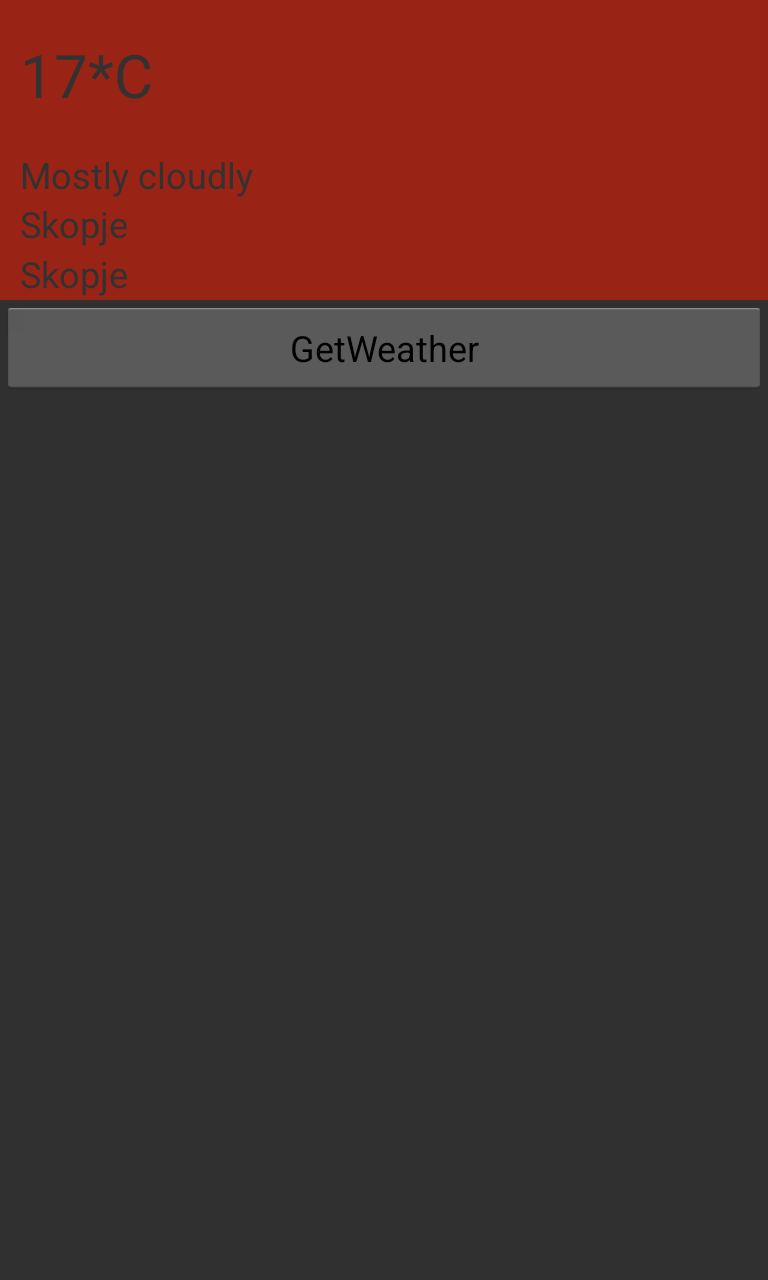
Repository: randhika/WeatherApp
Layout: WeatherApp/res/layout/home_fragment_layout.xml
These files come from the project's save history. The layout is drawn as it stood at one moment and after the next save; the edit follows.
It is drawn on a 768 x 1280 px phone screen (xhdpi) without system bars, with theme AppTheme; the app's code is not run.

Above is the layout before, as saved 2014-04-27 10:41:56.

After the next save:
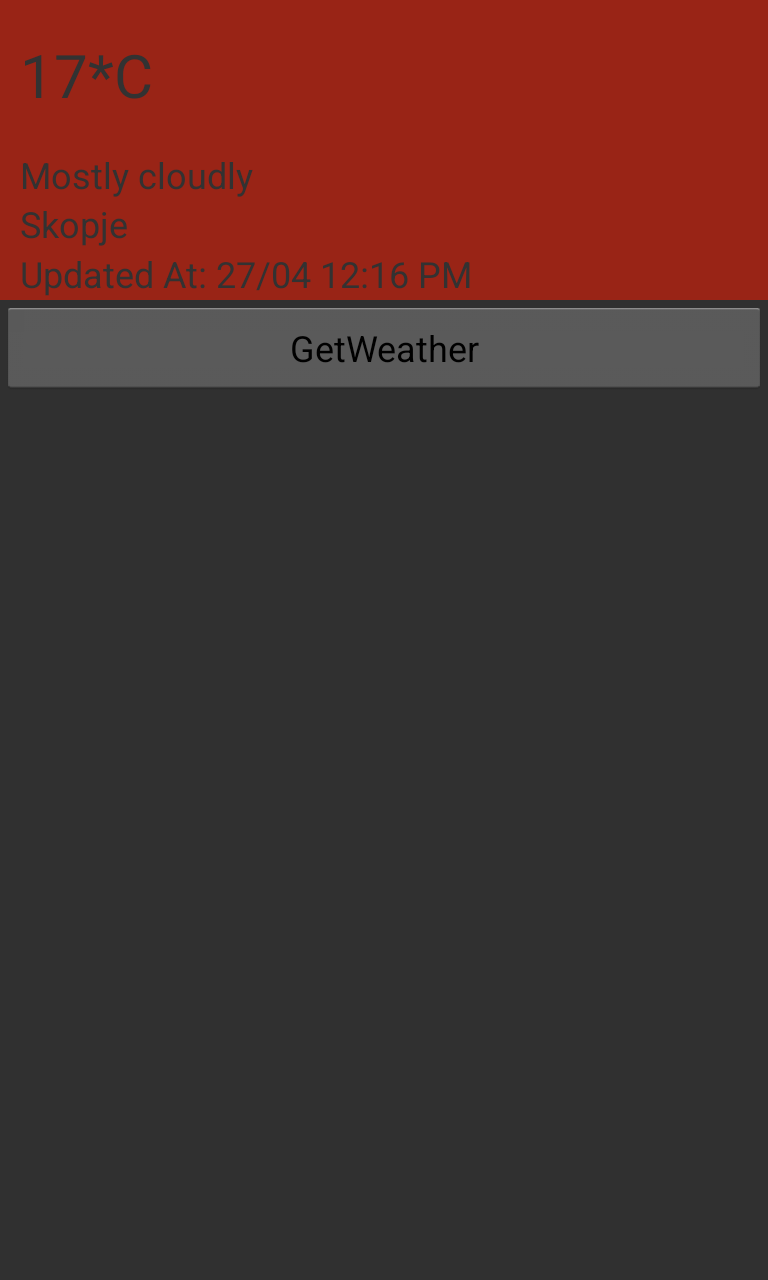
Saved 15 s later.
--- a/WeatherApp/res/layout/home_fragment_layout.xml
+++ b/WeatherApp/res/layout/home_fragment_layout.xml
@@ -9,45 +9,44 @@
         android:layout_width="match_parent"
         android:layout_height="150dp"
         android:background="@color/list_background_pressed"
-        android:paddingLeft="10dp"
-        android:orientation="vertical" >
+        android:orientation="vertical"
+        android:paddingLeft="10dp" >
 
         <TextView
             android:id="@+id/tv_temperature"
             android:layout_width="match_parent"
             android:layout_height="0dp"
-            android:textSize="30sp"
+            android:layout_weight="0.3"
             android:gravity="center_vertical"
             android:text="17*C"
-            android:layout_weight="0.3" />
+            android:textSize="30sp" />
 
         <TextView
             android:id="@+id/tv_weather_stat"
             android:layout_width="match_parent"
             android:layout_height="0dp"
-            android:textSize="18sp"
             android:layout_gravity="center_vertical"
+            android:layout_weight="0.1"
             android:text="Mostly cloudly"
-            android:layout_weight="0.1" />
+            android:textSize="18sp" />
 
         <TextView
             android:id="@+id/tv_current_city"
             android:layout_width="match_parent"
             android:layout_height="0dp"
-            android:textSize="18sp"
+            android:layout_gravity="center_vertical"
+            android:layout_weight="0.1"
             android:text="Skopje"
-            android:layout_gravity="center_vertical"
-            android:layout_weight="0.1" />
+            android:textSize="18sp" />
 
-                <TextView
+        <TextView
             android:id="@+id/tv_current_city"
             android:layout_width="match_parent"
             android:layout_height="0dp"
-            android:textSize="18sp"
-            android:text="Skopje"
             android:layout_gravity="center_vertical"
-            android:layout_weight="0.1" />
-
+            android:layout_weight="0.1"
+            android:text="Updated At: 27/04 12:16 PM"
+            android:textSize="18sp" />
     </LinearLayout>
 
     <Button
